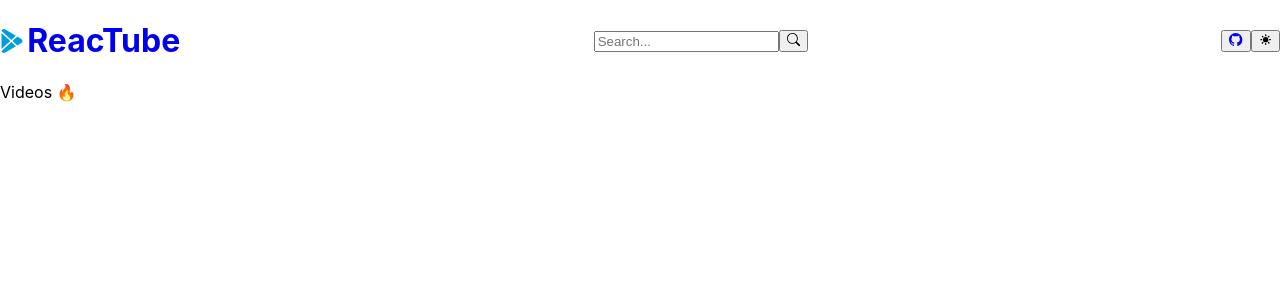
Repository: MrJinkyu/youtube
Page: /
These files come from the project's save history. The page is drawn as it stood at one moment and after the next save; the edit follows.
The browser window is 1280 px wide. The pictures show the whole page.
The project was rebuilt for these pictures with package versions that can differ from the ones it lists, and the page was loaded fresh each time. Also part of the build but not shown: src/App.css, src/pages/NotFound.jsx, src/pages/VideoDetail.jsx.

Above is the page before, as saved 2023-05-09 17:20:46.

### public/index.html
<!DOCTYPE html>
<html lang="en">
  <head>
    <meta charset="utf-8" />
    <link rel="icon" href="%PUBLIC_URL%/favicon.ico" />
    <meta name="viewport" content="width=device-width, initial-scale=1" />
    <meta name="theme-color" content="#000000" />
    <meta
      name="description"
      content="Web site created using create-react-app"
    />
    <link rel="apple-touch-icon" href="%PUBLIC_URL%/logo192.png" />
    <!--
      manifest.json provides metadata used when your web app is installed on a
      user's mobile device or desktop. See https://developers.google.com/web/fundamentals/web-app-manifest/
    -->
    <link rel="manifest" href="%PUBLIC_URL%/manifest.json" />
    <!--
      Notice the use of %PUBLIC_URL% in the tags above.
      It will be replaced with the URL of the `public` folder during the build.
      Only files inside the `public` folder can be referenced from the HTML.

      Unlike "/favicon.ico" or "favicon.ico", "%PUBLIC_URL%/favicon.ico" will
      work correctly both with client-side routing and a non-root public URL.
      Learn how to configure a non-root public URL by running `npm run build`.
    -->
    <title>ReacTube</title>
  </head>
  <body>
    <noscript>You need to enable JavaScript to run this app.</noscript>
    <div id="root"></div>
    <!--
      This HTML file is a template.
      If you open it directly in the browser, you will see an empty page.

      You can add webfonts, meta tags, or analytics to this file.
      The build step will place the bundled scripts into the <body> tag.

      To begin the development, run `npm start` or `yarn start`.
      To create a production bundle, use `npm run build` or `yarn build`.
    -->
  </body>
</html>

### src/index.js
import React from 'react';
import ReactDOM from 'react-dom/client';
import './index.css';
import App from './App';
import reportWebVitals from './reportWebVitals';
import {
  createBrowserRouter,
  RouterProvider,
} from "react-router-dom";
import NotFound from './pages/NotFound';
import Videos from './pages/Videos';
import VideoDetail from './pages/VideoDetail';

const router = createBrowserRouter([
  {
    path: "/",
    element: <App/>,
    errorElement: <NotFound/>,
    children: [
      { index: true, element: <Videos/> },
      { path: '/videos', element: <Videos/> },
      { path: '/videos/:keyword', element: <Videos/> },
      { path: '/videos/watch/:videoId', element: <VideoDetail/> }
    ]
  },
]);

const root = ReactDOM.createRoot(document.getElementById('root'));
root.render(
  <React.StrictMode>
    <RouterProvider router={router} />
  </React.StrictMode>
);

// If you want to start measuring performance in your app, pass a function
// to log results (for example: reportWebVitals(console.log))
// or send to an analytics endpoint. Learn more: https://bit.ly/CRA-vitals
reportWebVitals();

### src/App.js
import './App.css';
import SearchHeader from './components/SearchHeader';
import { Outlet } from 'react-router-dom';

function App() {
  return (
    <div className="App">
      <SearchHeader/>
      <Outlet/>
    </div>
  );
}

export default App;

### src/pages/Videos.jsx
import React from 'react';
import { useParams } from 'react-router-dom';

export default function Videos() {
    const { keyword } = useParams();
    return (
        <div>
            Videos {keyword ? `🔍${keyword}` : '🔥'}
        </div>
    );
}

### src/components/SearchHeader.jsx
import React, { useEffect, useState } from 'react';
import { BsGooglePlay, BsSearch, BsGithub } from 'react-icons/bs';
import { HiSun } from 'react-icons/hi';
import { useNavigate, useParams, Link } from 'react-router-dom';
import styles from './SearchHeader.module.css';

export default function SearchHeader() {
    const { keyword } = useParams();
    const navigate = useNavigate();
    const [text, setText] = useState('');
    const handleChange = (e) => setText(e.target.value);
    const handleSubmit = (e) => {
        e.preventDefault();
        if(text.trim().length === 0){
            return ;
        }
        navigate(`/videos/${text}`);
        setText('');
    }
    useEffect(() => {
        setText(keyword || '');
    },[keyword]);
    return (
        <header className={styles.header}>
            <Link to='/' className={styles.logo}>
                <BsGooglePlay className={styles.icon}/>
                <h1 className={styles.title}>ReacTube</h1>
            </Link>
            <form onSubmit={handleSubmit}>
                <input
                    type="text"
                    placeholder='Search...'
                    value={text}
                    onChange={handleChange}
                />
                <button><BsSearch/></button>
            </form>
            <div className="btns">
                <button>
                    <a href='https://github.com/MrJinkyu?tab=repositories' target='blank'>
                        <BsGithub/>
                    </a>
                </button>
                <button>
                    <HiSun/>
                </button>
            </div>
        </header>
    );
}

### src/components/SearchHeader.module.css
header{
    display:  flex;
    justify-content: space-between;
    align-items: center;
}

.logo{
    text-decoration: none;
    display: flex;
    align-items: center;
}

.icon{
    color: #009fd9;
    font-size: 1.5rem;
    margin-right: 0.2rem;
}

Loaded but not shown: src/index.css (common file); src/reportWebVitals.js (common file)

After the next save:
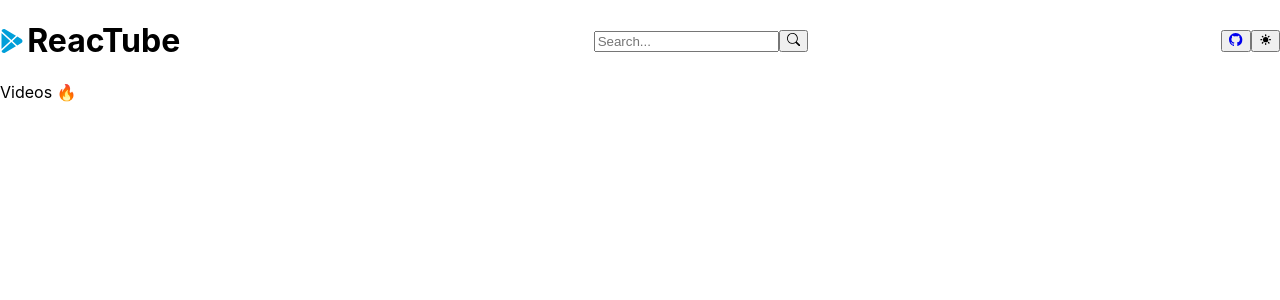
Saved 15 s later.
--- a/src/components/SearchHeader.module.css
+++ b/src/components/SearchHeader.module.css
@@ -15,3 +15,7 @@
     font-size: 1.5rem;
     margin-right: 0.2rem;
 }
+
+.title{
+    color: black;
+}
